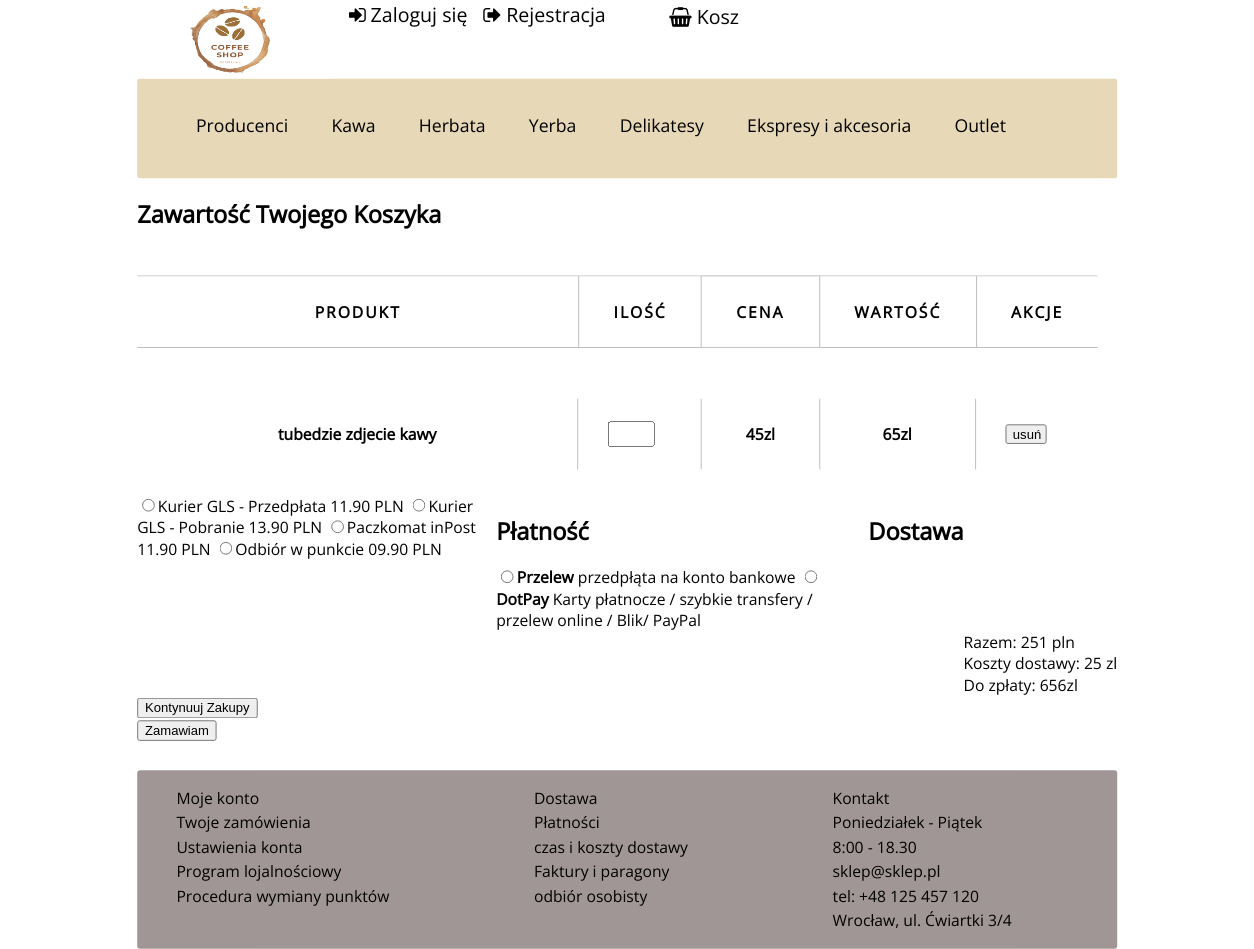
Repository: kq333/CoffeShop
Page: index2.html
These files come from the project's save history. The page is drawn as it stood at one moment and after the next save; the edit follows.
The browser window is 1280 px wide. The pictures show the whole page, at 98% of full size.
The style sheet was rebuilt from its Sass, Less or Tailwind sources for each picture, by a compiler version that may differ from the author's.

Above is the page before, as saved 2020-12-10 00:22:39.
Console error: TypeError: Cannot read properties of null (reading 'addEventListener')

### index2.html
<!DOCTYPE html>
<!--[if lt IE 7]>      <html class="no-js lt-ie9 lt-ie8 lt-ie7"> <![endif]-->
<!--[if IE 7]>         <html class="no-js lt-ie9 lt-ie8"> <![endif]-->
<!--[if IE 8]>         <html class="no-js lt-ie9"> <![endif]-->
<!--[if gt IE 8]>      <html class="no-js"> <!--<![endif]-->
<html>
    <head>
        <meta charset="utf-8">
        <meta http-equiv="X-UA-Compatible" content="IE=edge">
        <title>Sklep z Kawą</title>
        <meta name="description" content="">
        <meta name="viewport" content="width=device-width, initial-scale=1">
        <link rel="stylesheet" href="style/style.css">
        <link rel="preconnect" href="https://fonts.gstatic.com">
        <link href="https://fonts.googleapis.com/css2?family=Open+Sans:wght@300;400&display=swap" rel="stylesheet">
        <link rel="stylesheet" href="https://cdnjs.cloudflare.com/ajax/libs/font-awesome/4.7.0/css/font-awesome.min.css">

    </head>
    <body>
        <!--[if lt IE 7]>
            <p class="browsehappy">You are using an <strong>outdated</strong> browser. Please <a href="#">upgrade your browser</a> to improve your experience.</p>
        <![endif]-->
        <div id="container">
            <div class="sticky">
            <header class="header">

                <div class="logo">
                    <img src="img/logo.jpg" width="200" height="80">
                </div>

                    <div class="log1"><i class="fa fa-sign-in" aria-hidden="true" id="icon"></i>Zaloguj się</div>
                    <div class="log2"><i class="fa fa-sign-out" aria-hidden="true" id="icon"></i>Rejestracja</div>

                <div class="basket">
                    <span class="basketName"><i class="fa fa-shopping-basket" id="icon"></i>Kosz</span>
                    <span class="num"></span>
                    <span class="priceTo"></span>
                    <div class="containerB">

                    <div id="basketContainer">

                        <ul class="list">

                            <li class="l1">

                                    <img class="img" src="img/1.jpg" width="90" height="80" alt="segafredo">
                                    <span class="described">Segafredo Expresso Cafe 1kg.</span>
                                    <div class="productPrice">
                                        <span class="quant"></span>
                                        <span class="quantPrice"></span>
                                        <button id="btnDelate1">usuń</button>
                                    </div>

                            </li>
                            <li class="l2">

                                    <img class="img" src="img/d1.jpg" width="90" height="80" alt="Dellmayr">
                                    <span class="described">Dellmayr Expresso Cafe 1kg.</span>
                                    <div class="productPrice">
                                        <span class="quant2"></span>
                                        <span class="quantPrice2"></span>
                                        <button id="btnDelate2">usuń</button>
                                    </div>

                            </li>
                            <li class="l3">
                                <img class="img" src="img/d2.jpg" width="90" height="80" alt="Dellmayr">
                                <span class="described">Dellmayr Expresso Cafe 1kg.</span>
                                <div class="productPrice">
                                    <span class="quant3"></span>
                                    <span class="quantPrice3"></span>
                                    <button id="btnDelate3">usuń</button>
                                </div>

                            </li>
                            <li class="l4">

                                <img class="img" src="img/l3.jpg" width="90" height="80" alt="Lavazza">
                                <span class="described">Lavazza L`Expresso Cafe 1kg.</span>
                                <div class="productPrice">
                                    <span class="quant4"></span>
                                    <span class="quantPrice4"></span>
                                    <button id="btnDelate4">usuń</button>
                                </div>
                            </li>
                            <li class="l5">

                                <img class="img" src="img/l4.jpg" width="90" height="80" alt="Lavazza">
                                <span class="described">Lavazza Crema Cafe 1kg.</span>
                                <div class="productPrice">
                                    <span class="quant5"></span>
                                    <span class="quantPrice5"></span>
                                    <button id="btnDelate5">usuń</button>
                                </div>
                            </li>
                            <li class="l6">

                                <img class="img" src="img/l5.jpg" width="90" height="80" alt="Illy">
                                <span class="described">Illy Etiopia Cafe 1kg.</span>
                                <div class="productPrice">
                                    <span class="quant6"></span>
                                    <span class="quantPrice6"></span>
                                    <button id="btnDelate6">usuń</button>
                                </div>
                            </li>
                            <li class="l7">

                                <img class="img" src="img/l6.jpg" width="90" height="80" alt="Lavazza">
                                <span class="described">Lavazza Rosa Cafe 1kg.</span>
                                <div class="productPrice">
                                    <span class="quant7"></span>
                                    <span class="quantPrice7"></span>
                                    <button id="btnDelate7">usuń</button>
                                </div>
                            </li>
                            <li class="l8">

                                <img class="img" src="img/l7.jpg" width="90" height="80" alt="Lavazza">
                                <span class="described">Lavazza Creme Gusto Cafe 1kg.</span>
                                <div class="productPrice">
                                    <span class="quant8"></span>
                                    <span class="quantPrice8"></span>
                                    <button id="btnDelate8">usuń</button>
                                </div>
                            </li>
                            <li class="l9">

                                <img class="img" src="img/m1.jpg" width="90" height="80" alt="Inka">
                                <span class="described">Inka  Cafe 1kg.</span>
                                <div class="productPrice">
                                    <span class="quant9"></span>
                                    <span class="quantPrice9"></span>
                                    <button id="btnDelate9">usuń</button>
                                </div>
                            </li>
                            <li class="l10">

                                <img class="img" src="img/m2.jpg" width="90" height="80" alt="MkCafe">
                                <span class="described">MK Cafe  Fresh Crema 1kg.</span>
                                <div class="productPrice">
                                    <span class="quant10"></span>
                                    <span class="quantPrice10"></span>
                                    <button id="btnDelate10">usuń</button>
                                </div>
                            </li>
                            <li class="l11">

                                <img class="img" src="img/m3.jpg" width="90" height="80" alt="Tupinamba">
                                <span class="described">Tupinamba  Black 1kg.</span>
                                <div class="productPrice">
                                    <span class="quant11"></span>
                                    <span class="quantPrice11"></span>
                                    <button id="btnDelate11">usuń</button>
                                </div>
                            </li>
                            <li class="l12">

                                <img class="img" src="img/t1.jpg" width="90" height="80" alt="Tchibo">
                                <span class="described">Tchibo Crema   1kg.</span>
                                <div class="productPrice">
                                    <span class="quant12"></span>
                                    <span class="quantPrice12"></span>
                                    <button id="btnDelate12">usuń</button>
                                </div>
                            </li>
                            <li class="l13">

                                <img class="img" src="img/w1.jpg" width="90" height="80" alt="Woseba">
                                <span class="described">Woseba  Cafe Brasil   1kg.</span>
                                <div class="productPrice">
                                    <span class="quant13"></span>
                                    <span class="quantPrice13"></span>
                                    <button id="btnDelate13">usuń</button>
                                </div>
                            </li>
                            <li class="l14">

                                <img class="img" src="img/w2.jpg" width="90" height="80" alt="Woseba">
                                <span class="described">Woseba  Mocca Fix Gold   1kg.</span>
                                <div class="productPrice">
                                    <span class="quant14"></span>
                                    <span class="quantPrice14"></span>
                                    <button id="btnDelate14">usuń</button>
                                </div>
                            </li>
                            <li class="l15">

                                <img class="img" src="img/m4.jpg" width="90" height="80" alt="Kimbo">
                                <span class="described">Kimbo   Expresso   1kg.</span>
                                <div class="productPrice">
                                    <span class="quant15">0</span>
                                    <span class="quantPrice15">0 pln</span>
                                    <button id="btnDelate15">usuń</button>
                                </div>
                            </li>

                        </ul>
                       <div class="border">
                           <button class="btnBorder">Do Kasy</button>

                       </div>


                </div>
            </div>
                </div>
            </div>
            </header>
            <div class="popup">
                <div class="popupContainer">
                    <div class="mainTop">
                         <span class="marginTop">Pomyślnie dodano do kosza</span>

                         <button id="btnClose">Zamknij X</button>
                    </div>


                    <li class="li"></li>

                        <button id="btnContinue">Kontynuuj Zakupy</button>
                            <div class="totalDecribe">
                                <span class="productIntager">Ilość produktu:</span>
                                <span class="intager"></span>
                                <div class="totalBasket">Wartość koszyka:</div>
                                <span class="totalBasketPrice"> </span>

                            </div>

                                <button id="btnOrder">Złóż zamówienie</button>

                        </div>



            </div>

            <nav class="menu" >

                <ul>
                    <li>Producenci</li>
                    <li>Kawa</li>
                    <li>Herbata</li>
                    <li>Yerba</li>
                    <li>Delikatesy</li>
                    <li>Ekspresy i akcesoria</li>
                    <li>Outlet</li>
                </ul>
            </nav>
            <div class="mainContent2">

                <h2>Zawartość Twojego Koszyka</h2>
                    <div class="productBasket">
                        <div class="productName">Produkt</div>
                        <div class="productQuant">Ilość</div>
                        <div class="productPrice">Cena</div>
                        <div class="productValue">wartość</div>
                        <div class="productDelete">Akcje</div>
                        <div class="productClone">tubedzie zdjecie kawy</div>
                        <input class="inputNumber" type="number" min="0">
                        <div class="productPriceValue">45zl</div>
                        <div class="productValuePrice">65zl</div>
                        <button id="deleteBasket">usuń</button>
                    </div>

                        <div class="containerC">
                            <h2>Dostawa</h2>
                            <div class="leftside">
                                <input type="radio" value="11.90">Kurier  GLS - Przedpłata
                                <span>11.90 PLN</span>
                                <input type="radio" value="13.90">Kurier  GLS - Pobranie
                                <span>13.90 PLN</span>
                                <input type="radio" value="10.90">Paczkomat inPost
                                <span>11.90 PLN</span>
                                <input type="radio" value="09.90">Odbiór w punkcie
                                <span>09.90 PLN</span>
                            </div>

                            <div class="payment">
                                <h2>Płatność</h2>
                                <input type="radio"><strong>Przelew</strong>
                                przedpłąta na konto bankowe

                                <input type="radio"><strong>DotPay</strong>
                                Karty płatnocze / szybkie transfery / przelew online / Blik/ PayPal


                            </div>

                                <div class="basketSumUp">
                                    <div class="total">Razem: <span class="totalValue">251 pln</span></div>
                                    <div class="valueShipment">Koszty dostawy: <span>25 zl</span></div>
                                    <div class="totalAll">Do zpłaty: <span class="totalAllSpan">656zl</span></div>
                                </div>




                        </div>

                        <div class="buttons">
                            <div class="btnone">
                                <button id="btnShopping">Kontynuuj Zakupy</button>
                            </div>
                            <div class="btnTwo">
                                <button id="btnOrder">Zamawiam</button>
                            </div>

                        </div>








            </div>

                <footer id="footer">


                    <ul class="groupe1">
                        <li>Moje konto</li>
                        <li>Twoje zamówienia</li>
                        <li>Ustawienia konta</li>
                        <li>Program lojalnościowy</li>
                        <li>Procedura wymiany punktów</li>
                    </ul>



                    <ul class="groupe2">
                        <li>Dostawa</li>
                        <li>Płatności</li>
                        <li>czas i koszty dostawy</li>
                        <li>Faktury i paragony</li>
                        <li>odbiór osobisty</li>
                    </ul>


                    <ul class="groupe3">
                        <li>Kontakt</li>
                        <li>Poniedziałek - Piątek</li>

                        <li>8:00 - 18.30</li>

                        <li>sklep@sklep.pl</li>

                        <li>tel: +48 125 457 120</li>

                        <li>Wrocław, ul. Ćwiartki 3/4</li>
                    </ul>


            </footer>


            <script src="script.js" async></script>



    </div>
</body>
</html>

Loaded but not shown: script.js (944 lines, source omitted); style/style.scss (1279 lines, source omitted)

After the next save:
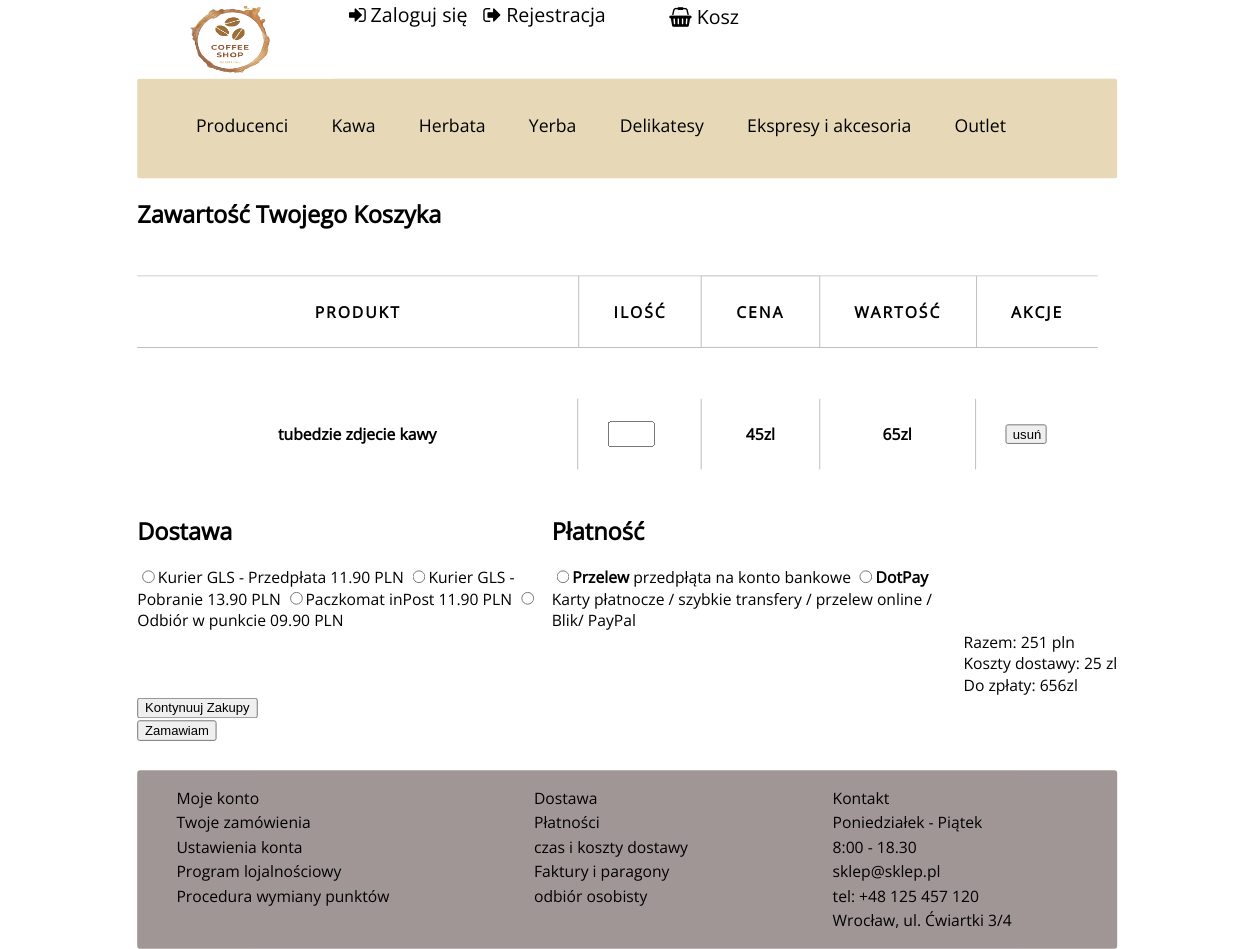
Saved 78 s later.
--- a/index2.html
+++ b/index2.html
@@ -263,8 +263,9 @@
                     </div>
 
                         <div class="containerC">
-                            <h2>Dostawa</h2>
+
                             <div class="leftside">
+                                <h2>Dostawa</h2>
                                 <input type="radio" value="11.90">Kurier  GLS - Przedpłata
                                 <span>11.90 PLN</span>
                                 <input type="radio" value="13.90">Kurier  GLS - Pobranie
